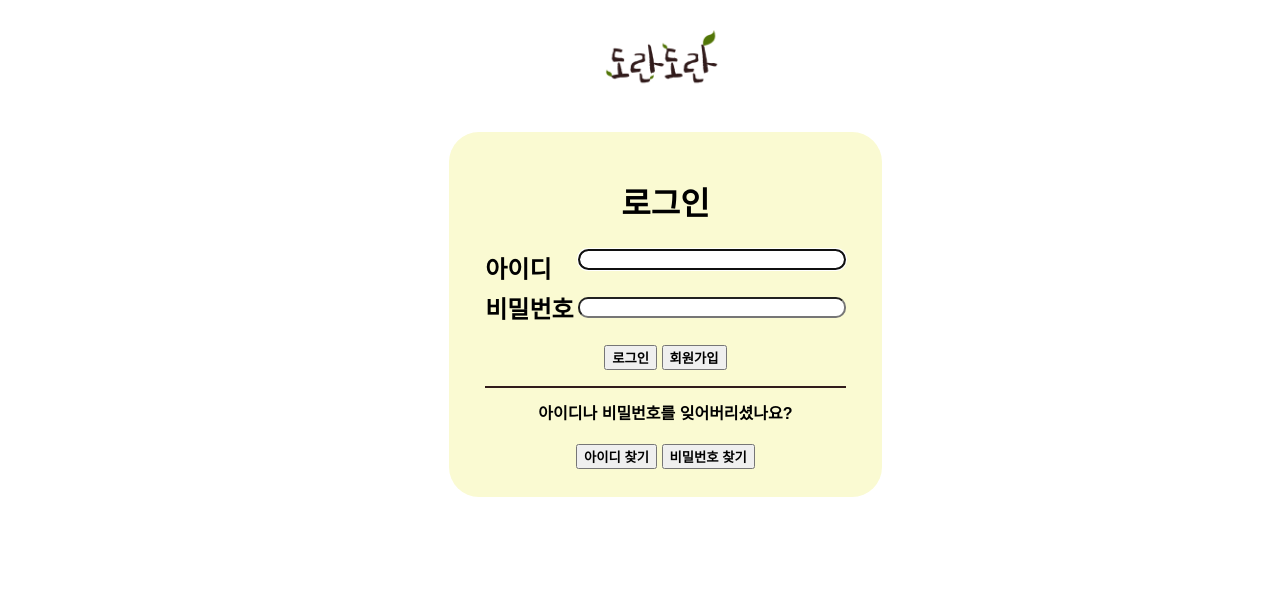
Repository: juhyun110701/DORANDORAN
Page: http://localhost/dorandoran/login.jsp
The author's editor kept a copy of each file at every save. The page is drawn from the files as they stood at one save, then again after the next save.
The browser window is 1280 px wide. The pictures show the whole page.
Some web fonts or font styles are not loaded; a fallback is used. The page is served by Tomcat 9. Nobody is signed in. The application's start-up code is not run.

Above is the page before, as saved 2019-07-17 12:04:24.

After the next save:
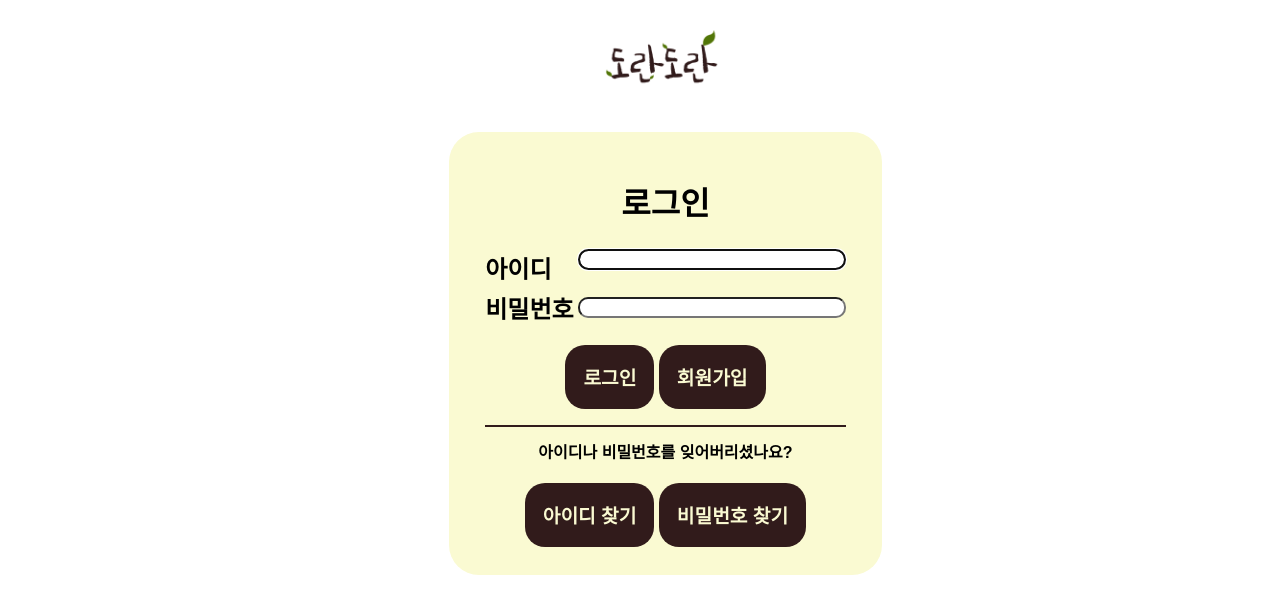
Saved 2 min 4 s later.
--- a/dorandoran/WebContent/css/login.css
+++ b/dorandoran/WebContent/css/login.css
@@ -28,7 +28,7 @@ a{
 	border-radius:10px;
 }
 
-#btn{
+.btn{
 	background-color:#311b1b;
 	color:lightgoldenrodyellow;
 	border-radius:20px;
